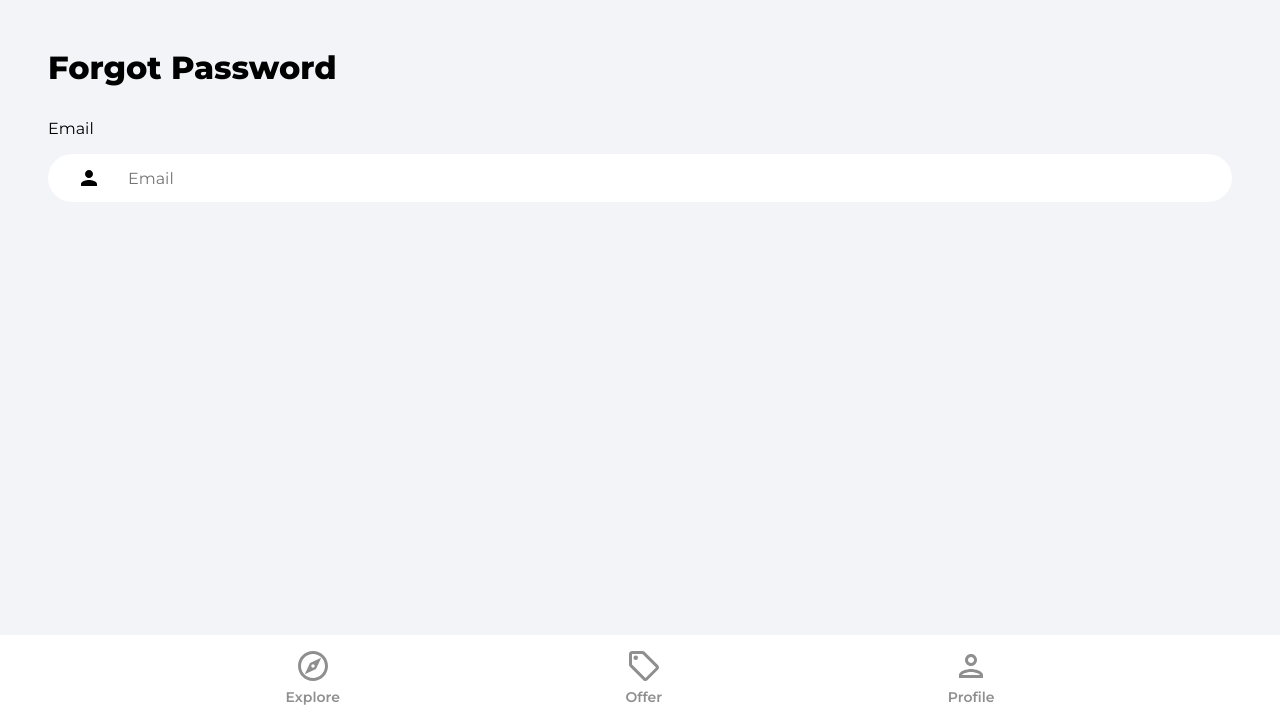
Repository: harvir619/Real-Estate-Market-App
Page: /forgot-password
These files come from the project's save history. The page is drawn as it stood at one moment and after a run of saves; the edit follows.
The browser window is 1280 px wide. The pictures show the whole page.
The page's requests for data from a server got no answer. The project was rebuilt for these pictures with package versions that can differ from the ones it lists, and the page was loaded fresh each time. No one was signed in, and anything a server would have sent is missing. Also part of the build but not shown: vite.config.js, src/pages/Explore.jsx, src/firebase.config.js, src/pages/Profile.jsx, src/pages/Offers.jsx, src/pages/SignIn.jsx, src/pages/SignUp.jsx, src/hooks/useAuthStatus.jsx and 2 more.

Above is the page before, as saved 2023-06-21 16:09:23.

### index.html
<!DOCTYPE html>
<html lang="en">
  <head>
    <meta charset="UTF-8" />
    <link rel="icon" type="image/svg+xml" href="/public/favicon.ico" />
    <meta name="viewport" content="width=device-width, initial-scale=1.0" />
    <title>Real Estate Marketplace</title>
  </head>
  <body>
    <div id="root"></div>
    <script type="module" src="/src/main.jsx"></script>
  </body>
</html>

### src/App.jsx
import { BrowserRouter as Router, Routes, Route } from 'react-router-dom'
import Explore from './pages/Explore'
import Profile from './pages/Profile'
import ForgotPassword from './pages/ForgotPassword'
import Offers from './pages/Offers'
import SignIn from './pages/SignIn'
import SignUp from './pages/SignUp'
import Navbar from './components/Navbar'
import { ToastContainer } from 'react-toastify'
import 'react-toastify/dist/ReactToastify.css'
import PrivateRoute from './components/PrivateRoute'

function App() {

  return (
    <>
      <Router>
        <Routes>
          <Route path="/" element={<Explore />} />
          <Route path="/profile" element={<PrivateRoute />}>
            <Route path='/profile' element={<Profile/>} />
          </Route>
          <Route path='/forgot-password' element={<ForgotPassword/>} />
          <Route path= '/offers' element={<Offers/>} />
          <Route path='/sign-in' element={<SignIn />} />
          <Route path='/sign-up' element={<SignUp/>} />
        </Routes>
        {<Navbar/>}
      </Router>
      <ToastContainer/>
    </>
  )
}

export default App

### src/pages/ForgotPassword.jsx
import { useState } from "react"
import { Link } from "react-router-dom"
import { getAuth, sendPasswordResetEmail } from 'firebase/auth'
import { toast } from 'react-toastify'
import { ReactComponent as ArrowRightIcon } from '../assets/svg/keyboardArrowRightIcon.svg'

function ForgotPassword() {
  const [email, setEmail] = useState('')

  const onChange = (e) => {
    setEmail(e.target.value)
  }

  const onSubmit = async (e) => {
    e.preventDefault()

    const auth = getAuth()
    const user = auth.currentUser
    sendPasswordResetEmail(user,email)

  }

  return (
    <div className="pageContainer">
        <header>
        <p className="pageHeader">Forgot Password</p>
        </header>
        <main>
          <form onSubmit={onSubmit}>
            <p>Email</p>
          <input type="email" className="emailInput"
            value={email} onChange={onChange}
            placeholder="Email" id='email'
          />
          </form>
        </main>
    </div>
  )
}

export default ForgotPassword

### src/components/Navbar.jsx
import React from 'react'
import { useNavigate, useLocation } from 'react-router-dom'
import { ReactComponent as OfferIcon } from '../assets/svg/localOfferIcon.svg'
import {ReactComponent as ExploreIcon} from '../assets/svg/exploreIcon.svg'
import {ReactComponent as PersonOutlineIcon} from '../assets/svg/personOutlineIcon.svg'


function Navbar() {
    const navigate = useNavigate()
    const location = useLocation()

    const pathMatchRoute = (route) => {
        if (route === location.pathname) {
            return true;
        }
    }

  return (
      <footer className="navbar">
          <nav className="navbarNav">
              <ul className="navbarListItems">
                  <li className="navbarListItem" onClick={() => navigate('/')}>
                      <ExploreIcon fill={pathMatchRoute('/')?'#2c2c2c':'#8f8f8f'}
                        //   className="navbarIcon"
                          width='36px' height='36px' />
                      <p className={pathMatchRoute('/')?'navbarListItemNameActive':'navbarListItemName'}>Explore</p>
                  </li>
                  <li className="navbarListItem" onClick={()=>navigate('/offers')}>
                      <OfferIcon fill={pathMatchRoute('/offers')?'#2c2c2c':'#8f8f8f'}
                        //   className="navbarIcon"
                          width='36px' height='36px' />
                      <p className={pathMatchRoute('/offers')?'navbarListItemNameActive':'navbarListItemName'}>Offer</p>
                  </li>
                  <li className="navbarListItem" onClick={()=>navigate('/profile')}>
                      <PersonOutlineIcon fill={pathMatchRoute('/profile')?'#2c2c2c':'#8f8f8f'}
                        //   className="navbarIcon"
                          width='36px' height='36px' />
                      <p className={pathMatchRoute('/profile')?'navbarListItemNameActive':'navbarListItemName'}>Profile</p>
                  </li>

              </ul>
          </nav>
      </footer>
  )
}

export default Navbar

Loaded but not shown: src/main.jsx (common file); src/index.css (common file)

After the next 2 saves:
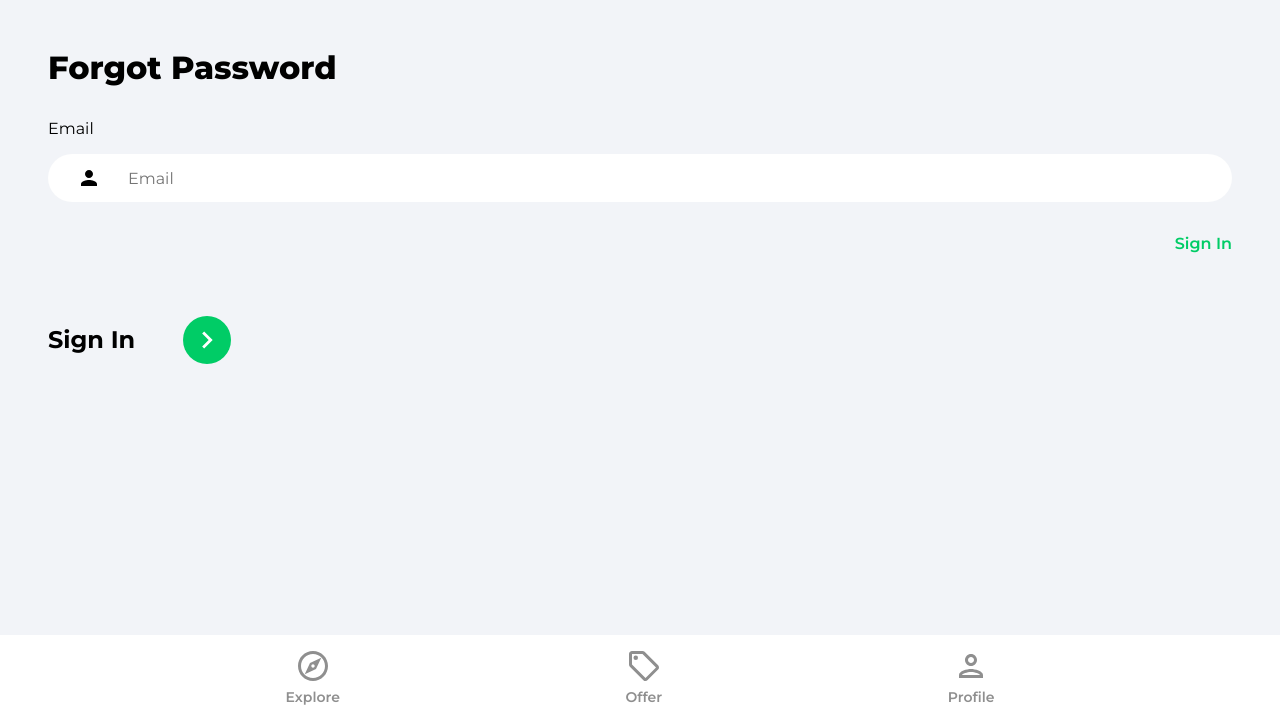
The 2 saves are shown as one change because 1 did not build or start.
The last was saved 33 s later.
--- a/src/pages/ForgotPassword.jsx
+++ b/src/pages/ForgotPassword.jsx
@@ -32,6 +32,13 @@
             value={email} onChange={onChange}
             placeholder="Email" id='email'
           />
+          <Link className="forgotPasswordLink" to="/sign-in">Sign In</Link>
+          <div className="signInBar">
+            <p className="signInText">Sign In</p>
+            <button className="signInButton">
+              <ArrowRightIcon fill='#ffffff' width='34px' height='34px'/>
+            </button>
+          </div>
           </form>
         </main>
     </div>

After the save that followed:
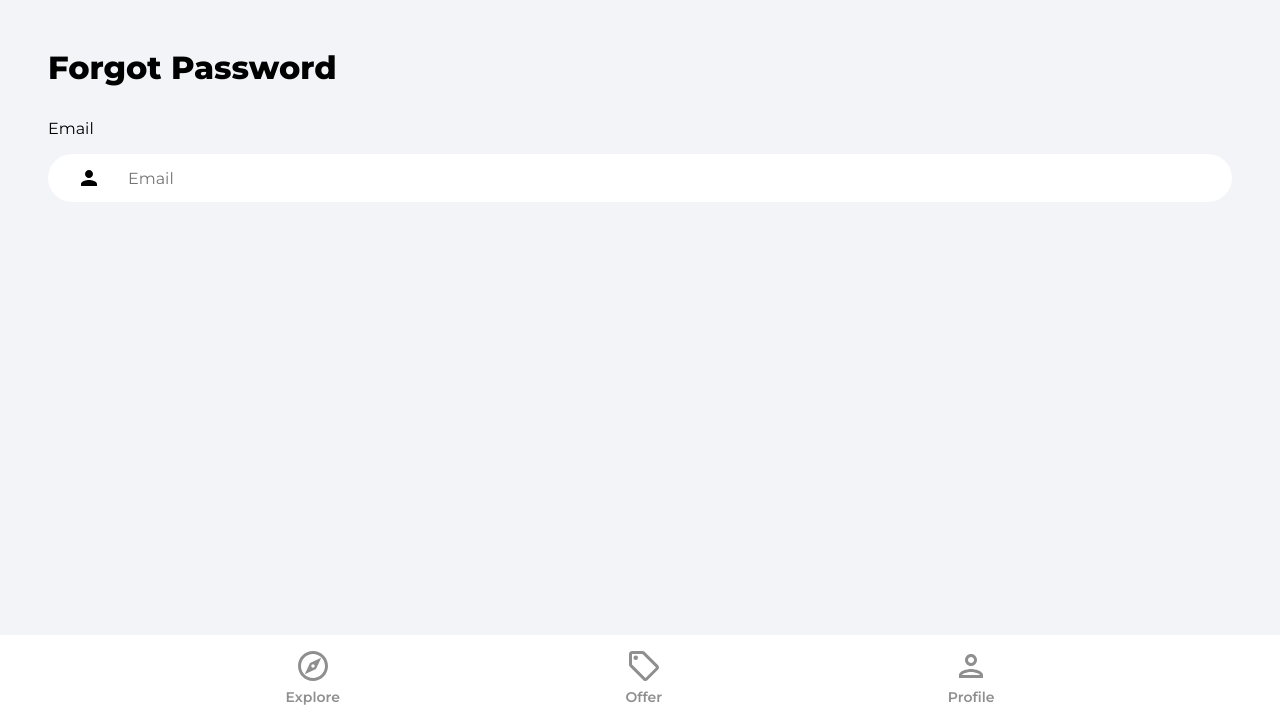
Saved 22 s later.
--- a/src/pages/ForgotPassword.jsx
+++ b/src/pages/ForgotPassword.jsx
@@ -32,13 +32,7 @@
             value={email} onChange={onChange}
             placeholder="Email" id='email'
           />
-          <Link className="forgotPasswordLink" to="/sign-in">Sign In</Link>
-          <div className="signInBar">
-            <p className="signInText">Sign In</p>
-            <button className="signInButton">
-              <ArrowRightIcon fill='#ffffff' width='34px' height='34px'/>
-            </button>
-          </div>
+          <Link className="forgotPasswordLink" to="/sign-in"/>
           </form>
         </main>
     </div>
